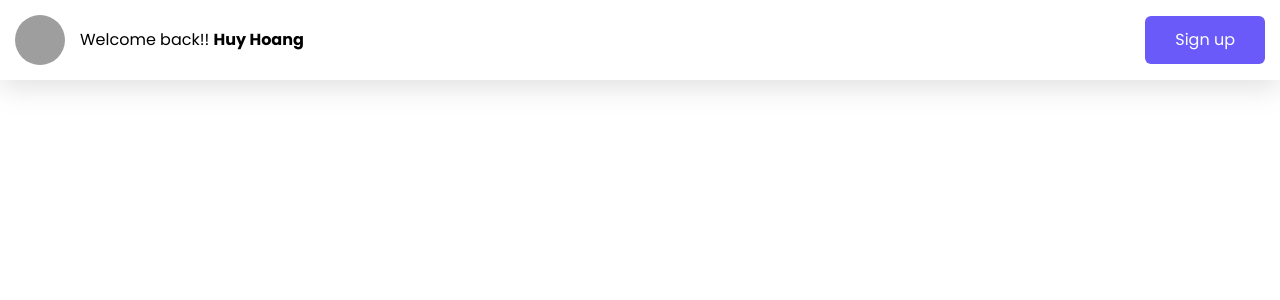
Repository: hoang0508/ReactJsDevWork
Page: /
These files come from the project's save history. The page is drawn as it stood at one moment and after the next save; the edit follows.
The browser window is 1280 px wide. The pictures show the whole page.
Pictures or frames that could not be fetched are drawn as grey boxes. The project was rebuilt for these pictures with package versions that can differ from the ones it lists, and the page was loaded fresh each time.

Above is the page before, as saved 2022-03-07 21:35:28.

After the next save:
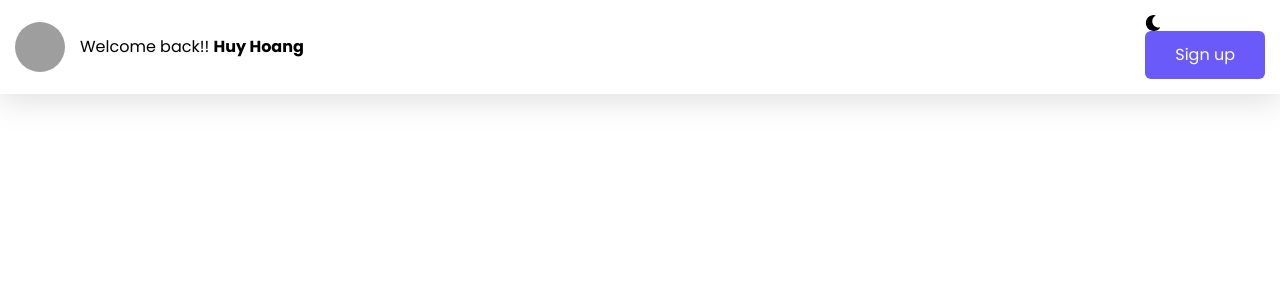
Saved 46 min 46 s later.
--- a/src/components/HeaderMain.js
+++ b/src/components/HeaderMain.js
@@ -1,5 +1,6 @@
 import React from "react";
 import { useAuth } from "./Contexts/auth-context";
+import { FaMoon } from "react-icons/fa";
 import "./HeaderMain.scss";
 const HeaderMain = () => {
   const { user, setUser } = useAuth();
@@ -24,6 +25,9 @@
           )}
         </div>
         <div>
+          <div>
+            <FaMoon />
+          </div>
           <button className="header-btn" onClick={() => setUser(null)}>
             Sign up
           </button>

After the 3 saves that followed:
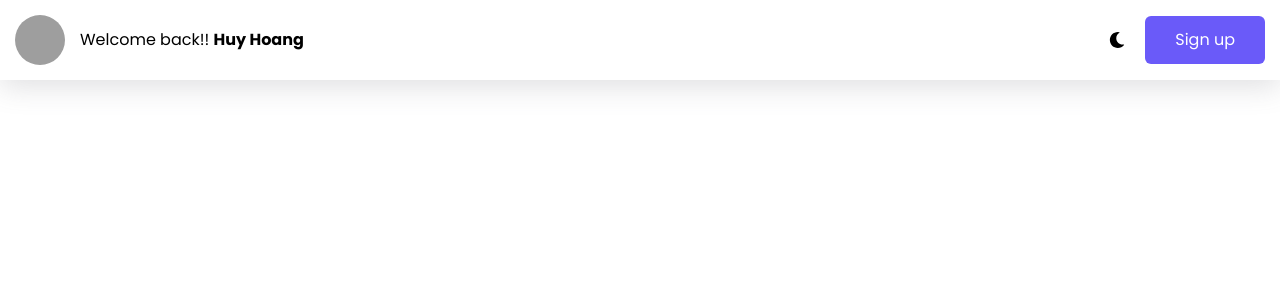
The 3 saves are shown as one change because 2 left the picture as it was.
The last was saved 58 s later.
--- a/src/components/HeaderMain.js
+++ b/src/components/HeaderMain.js
@@ -24,7 +24,7 @@
             <span className="header-heading">Welcome back!!</span>
           )}
         </div>
-        <div>
+        <div className="header-button">
           <div>
             <FaMoon />
           </div>
--- a/src/components/HeaderMain.scss
+++ b/src/components/HeaderMain.scss
@@ -22,6 +22,11 @@
       border-radius: 100rem;
     }
   }
+  &-button {
+    display: flex;
+    align-items: center;
+    gap: 0 20px;
+  }
   &-btn {
     padding: 12px 30px;
     background-color: #6a5af9;
